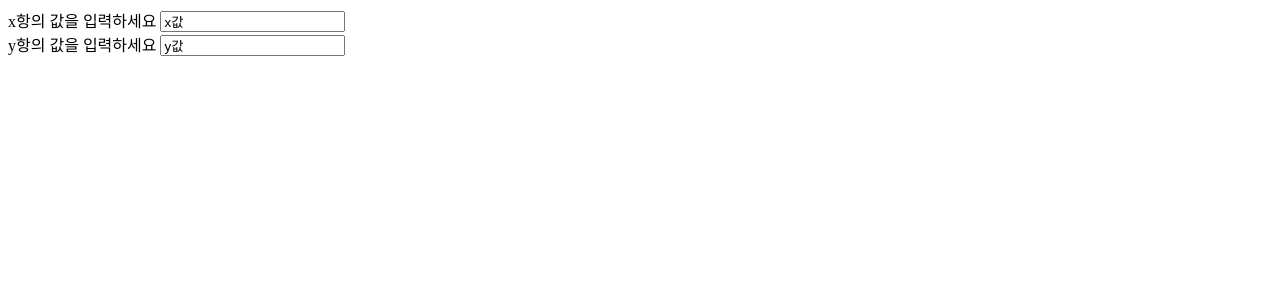
Repository: Hyun0000/JDBC_Jsp_Servelt_Newlec
Page: JSPProject/WebContent/add.html
These files come from the project's save history. The page is drawn as it stood at one moment and after the next save; the edit follows.
The browser window is 1280 px wide. The pictures show the whole page.

Above is the page before, as saved 2021-08-30 15:47:49.

After the next save:
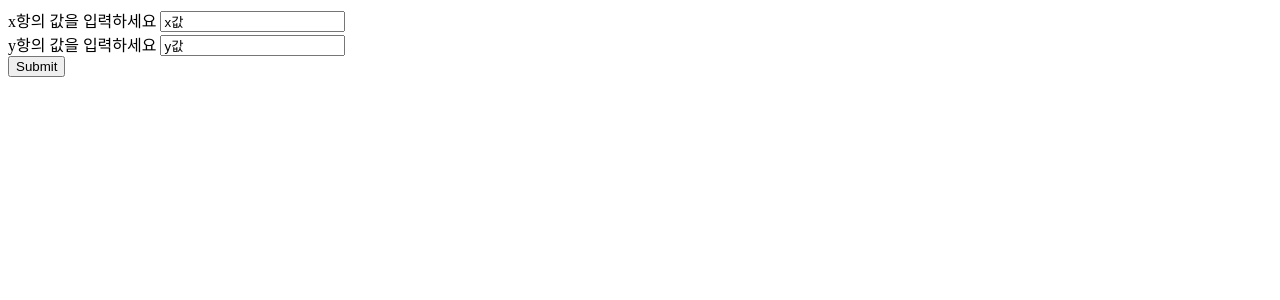
Saved 35 s later.
--- a/JSPProject/WebContent/add.html
+++ b/JSPProject/WebContent/add.html
@@ -18,6 +18,10 @@
 				<label>y항의 값을 입력하세요</label>
 				<input type="text" name = "y" value="y값">
 			</div>
+
+			<div>
+				<input type = "submit" name = "plus">
+			</div>
 		</form>
 	</div>
 </body>
